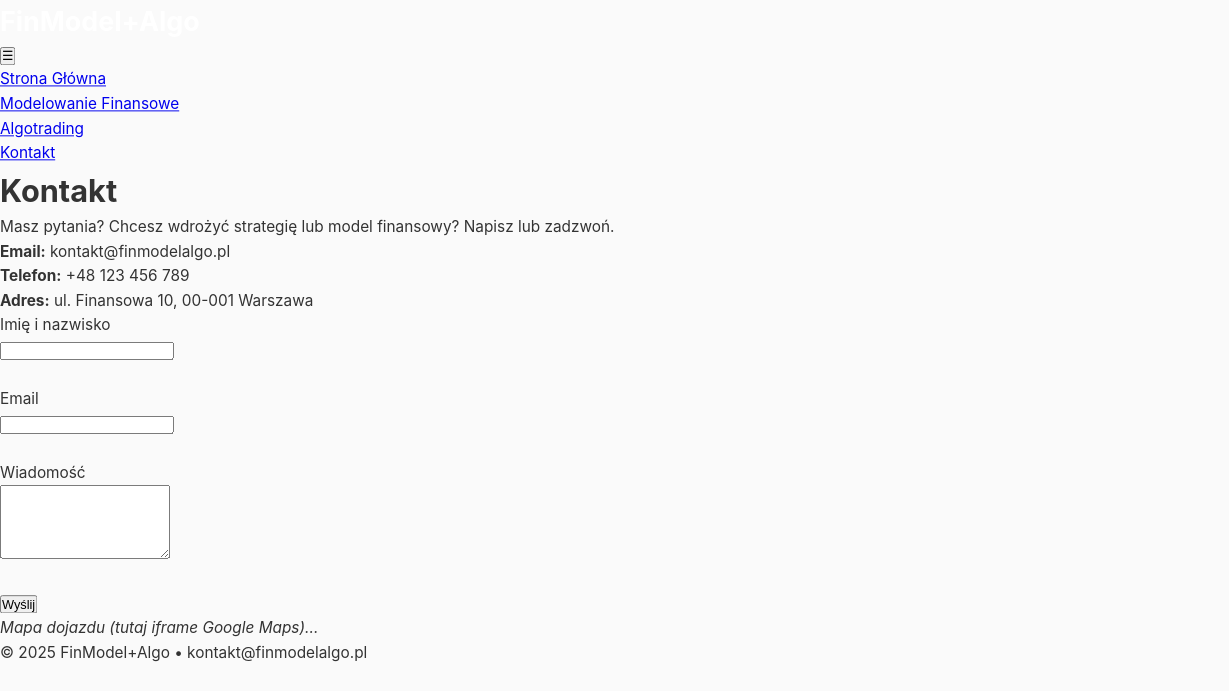
Repository: rafal-bedkowski/WebPageOptimization
Page: kontakt.html
These files come from the project's save history. The page is drawn as it stood at one moment and after the next save; the edit follows.
The browser window is 1280 px wide. The pictures show the whole page, at 96% of full size.

Above is the page before, as saved 2025-04-26 15:19:56.
Not found: script.js

### kontakt.html
<!DOCTYPE html>
<html lang="pl">
  <head>
    <meta charset="UTF-8" />
    <meta name="viewport" content="width=device-width, initial-scale=1" />
    <title>Kontakt – FinModel+Algo</title>
    <link rel="stylesheet" href="style.css" />
    <script src="script.js" defer></script>
  </head>
  <body>
    <header class="site-header">
      <div class="logo">FinModel+Algo</div>
      <button class="menu-toggle" aria-label="Toggle navigation">☰</button>
      <nav class="site-nav">
        <ul>
          <li><a href="index.html">Strona Główna</a></li>
          <li><a href="modelowanie.html">Modelowanie Finansowe</a></li>
          <li><a href="algotrading.html">Algotrading</a></li>
          <li><a href="kontakt.html" class="active">Kontakt</a></li>
        </ul>
      </nav>
    </header>

    <main id="kontakt">
      <h1>Kontakt</h1>
      <p>
        Masz pytania? Chcesz wdrożyć strategię lub model finansowy? Napisz lub
        zadzwoń.
      </p>

      <div class="contact-details">
        <p><strong>Email:</strong> kontakt@finmodelalgo.pl</p>
        <p><strong>Telefon:</strong> +48 123 456 789</p>
        <p><strong>Adres:</strong> ul. Finansowa 10, 00-001 Warszawa</p>
      </div>

      <form>
        <label>Imię i nazwisko<br /><input type="text" required /></label
        ><br /><br />
        <label>Email<br /><input type="email" required /></label><br /><br />
        <label>Wiadomość<br /><textarea rows="5" required></textarea></label
        ><br /><br />
        <button type="submit">Wyślij</button>
      </form>

      <section id="map">
        <!-- Możesz tu wstawić np. iframe z Google Maps -->
        <p><em>Mapa dojazdu (tutaj iframe Google Maps)...</em></p>
      </section>
    </main>

    <footer>
      <p>© 2025 FinModel+Algo • kontakt@finmodelalgo.pl</p>
    </footer>
  </body>
</html>

### style.css
:root {
  --clr-primary: #0a2540;
  --clr-accent: #1e90ff;
  --clr-bg: #fafafa;
  --clr-text: #333;
  --transition: 0.3s ease;
}
[data-theme='dark'] {
  --clr-bg: #121212;
  --clr-text: #e1e1e1;
  --clr-primary: #1e1e2a;
  --clr-accent: #4da6ff;
}

* {
  margin: 0;
  padding: 0;
  box-sizing: border-box;
}
body {
  font-family: 'Inter', sans-serif;
  background: var(--clr-bg);
  color: var(--clr-text);
  line-height: 1.6;
}

.container {
  width: 90%;
  max-width: 1200px;
  margin: 0 auto;
}

/* HEADER */
.header {
  background: var(--clr-primary);
  padding: 1rem 0;
}
.header__inner {
  display: flex;
  align-items: center;
  justify-content: space-between;
}
.logo {
  font-size: 1.75rem;
  font-weight: 700;
  color: #fff;
  text-decoration: none;
}
.nav__link {
  margin-left: 2rem;
  color: #cce6ff;
  text-decoration: none;
  font-weight: 500;
  transition: color var(--transition);
}
.nav__link:hover {
  color: #fff;
}

/* DARK MODE TOGGLE */
.mode-toggle {
  background: none;
  border: none;
  font-size: 1.25rem;
  cursor: pointer;
  color: #fff;
}

/* HERO */
.hero {
  padding: 6rem 0;
  background: linear-gradient(135deg, var(--clr-primary), var(--clr-accent));
  color: #fff;
  text-align: center;
}
.hero__title {
  font-size: 2.75rem;
  margin-bottom: 1rem;
}
.hero__subtitle {
  font-size: 1.125rem;
  margin-bottom: 2rem;
}
.btn {
  display: inline-block;
  padding: 0.75rem 1.75rem;
  border-radius: 4px;
  font-weight: 600;
  text-decoration: none;
  transition: background var(--transition), color var(--transition);
}
.btn--primary {
  background: #fff;
  color: var(--clr-primary);
}
.btn--primary:hover {
  background: var(--clr-accent);
  color: #fff;
}
.btn--outline {
  border: 2px solid var(--clr-accent);
  color: var(--clr-accent);
}
.btn--outline:hover {
  background: var(--clr-accent);
  color: #fff;
}

/* SERVICES */
.services {
  display: grid;
  gap: 2rem;
  grid-template-columns: repeat(auto-fit, minmax(280px, 1fr));
  margin: 4rem 0;
}
.card {
  background: #fff;
  padding: 2rem;
  border-radius: 8px;
  box-shadow: 0 4px 12px rgba(0, 0, 0, 0.05);
  transition: transform var(--transition), box-shadow var(--transition);
}
.card:hover {
  transform: translateY(-5px);
  box-shadow: 0 8px 24px rgba(0, 0, 0, 0.1);
}
.card__title {
  font-size: 1.5rem;
  margin-bottom: 0.75rem;
}
.card__text {
  margin-bottom: 1.25rem;
}

/* FOOTER */
.footer {
  background: var(--clr-primary);
  color: #cce6ff;
  padding: 2rem 0;
}
.footer__inner {
  display: flex;
  align-items: center;
  justify-content: space-between;
  flex-wrap: wrap;
}
.social__link {
  margin-left: 1rem;
  color: #cce6ff;
  text-decoration: none;
  transition: color var(--transition);
}
.social__link:hover {
  color: #fff;
}

/* Responsywność */
@media (max-width: 768px) {
  .header__inner {
    flex-direction: column;
  }
  .nav {
    margin-top: 0.75rem;
  }
  .nav__link {
    margin-left: 1rem;
  }
  .footer__inner {
    flex-direction: column;
    text-align: center;
  }
  .social {
    margin-top: 1rem;
  }
}

After the next save:
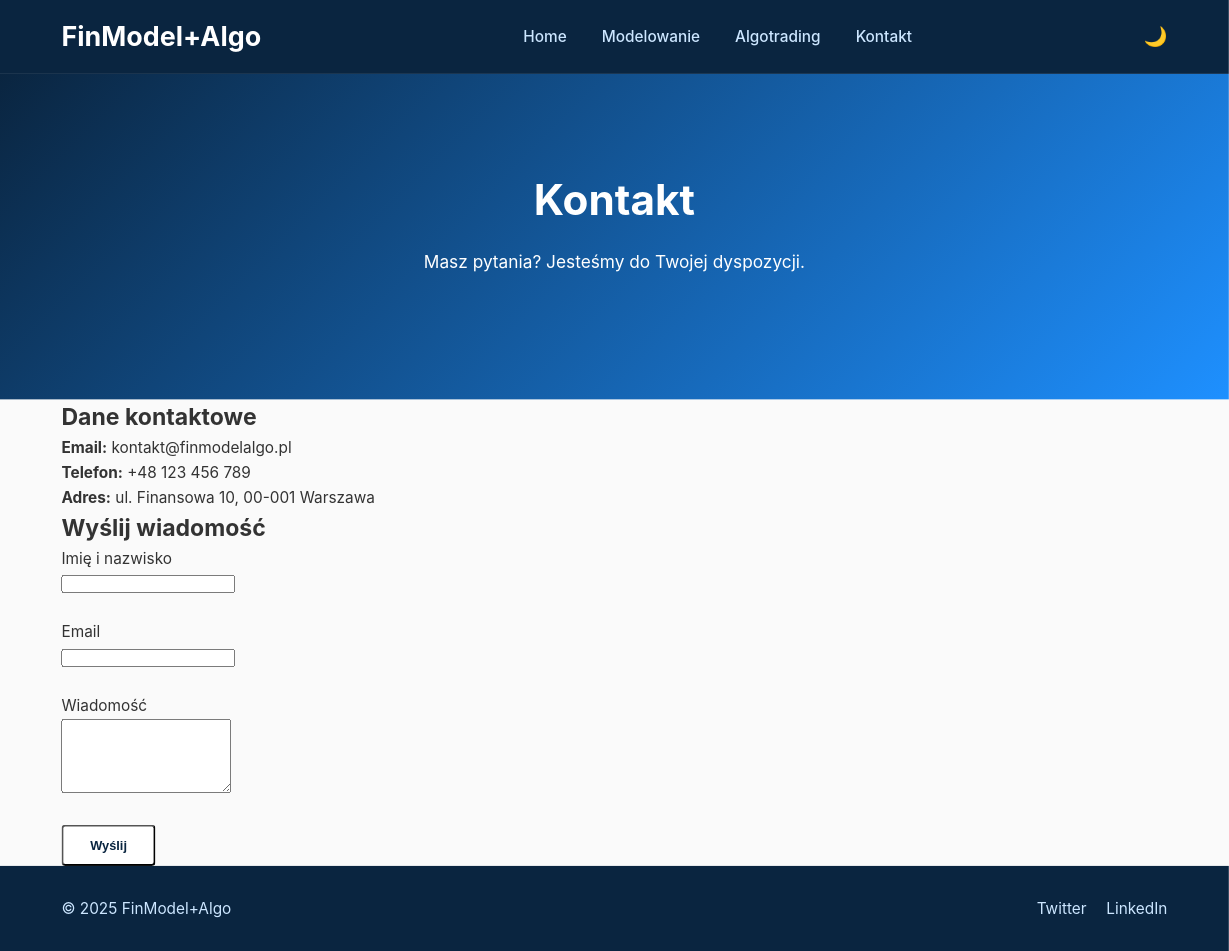
Saved 57 s later.
--- a/kontakt.html
+++ b/kontakt.html
@@ -1,3 +1,4 @@
+<!-- kontakt.html -->
 <!DOCTYPE html>
 <html lang="pl">
   <head>
@@ -5,52 +6,62 @@
     <meta name="viewport" content="width=device-width, initial-scale=1" />
     <title>Kontakt – FinModel+Algo</title>
     <link rel="stylesheet" href="style.css" />
-    <script src="script.js" defer></script>
   </head>
   <body>
-    <header class="site-header">
-      <div class="logo">FinModel+Algo</div>
-      <button class="menu-toggle" aria-label="Toggle navigation">☰</button>
-      <nav class="site-nav">
-        <ul>
-          <li><a href="index.html">Strona Główna</a></li>
-          <li><a href="modelowanie.html">Modelowanie Finansowe</a></li>
-          <li><a href="algotrading.html">Algotrading</a></li>
-          <li><a href="kontakt.html" class="active">Kontakt</a></li>
-        </ul>
-      </nav>
+    <header class="header">
+      <div class="container header__inner">
+        <a href="index.html" class="logo">FinModel+Algo</a>
+        <nav class="nav">
+          <a href="index.html" class="nav__link">Home</a>
+          <a href="modelowanie.html" class="nav__link">Modelowanie</a>
+          <a href="algotrading.html" class="nav__link">Algotrading</a>
+          <a href="kontakt.html" class="nav__link">Kontakt</a>
+        </nav>
+        <button class="mode-toggle" aria-label="Toggle dark mode">🌙</button>
+      </div>
     </header>
 
-    <main id="kontakt">
-      <h1>Kontakt</h1>
-      <p>
-        Masz pytania? Chcesz wdrożyć strategię lub model finansowy? Napisz lub
-        zadzwoń.
-      </p>
+    <section class="hero">
+      <div class="container hero__inner">
+        <h1 class="hero__title">Kontakt</h1>
+        <p class="hero__subtitle">
+          Masz pytania? Jesteśmy do Twojej dyspozycji.
+        </p>
+      </div>
+    </section>
 
-      <div class="contact-details">
-        <p><strong>Email:</strong> kontakt@finmodelalgo.pl</p>
-        <p><strong>Telefon:</strong> +48 123 456 789</p>
-        <p><strong>Adres:</strong> ul. Finansowa 10, 00-001 Warszawa</p>
-      </div>
-
-      <form>
-        <label>Imię i nazwisko<br /><input type="text" required /></label
-        ><br /><br />
-        <label>Email<br /><input type="email" required /></label><br /><br />
-        <label>Wiadomość<br /><textarea rows="5" required></textarea></label
-        ><br /><br />
-        <button type="submit">Wyślij</button>
-      </form>
-
-      <section id="map">
-        <!-- Możesz tu wstawić np. iframe z Google Maps -->
-        <p><em>Mapa dojazdu (tutaj iframe Google Maps)...</em></p>
+    <main class="container">
+      <section class="content">
+        <article>
+          <h2>Dane kontaktowe</h2>
+          <p><strong>Email:</strong> kontakt@finmodelalgo.pl</p>
+          <p><strong>Telefon:</strong> +48 123 456 789</p>
+          <p><strong>Adres:</strong> ul. Finansowa 10, 00-001 Warszawa</p>
+        </article>
+        <article>
+          <h2>Wyślij wiadomość</h2>
+          <form>
+            <label>Imię i nazwisko<br /><input type="text" required /></label
+            ><br /><br />
+            <label>Email<br /><input type="email" required /></label
+            ><br /><br />
+            <label>Wiadomość<br /><textarea rows="5" required></textarea></label
+            ><br /><br />
+            <button type="submit" class="btn btn--primary">Wyślij</button>
+          </form>
+        </article>
       </section>
     </main>
 
-    <footer>
-      <p>© 2025 FinModel+Algo • kontakt@finmodelalgo.pl</p>
+    <footer class="footer">
+      <div class="container footer__inner">
+        <p>© 2025 FinModel+Algo</p>
+        <nav class="social">
+          <a href="#" class="social__link">Twitter</a>
+          <a href="#" class="social__link">LinkedIn</a>
+        </nav>
+      </div>
     </footer>
+    <script src="script.js"></script>
   </body>
 </html>
